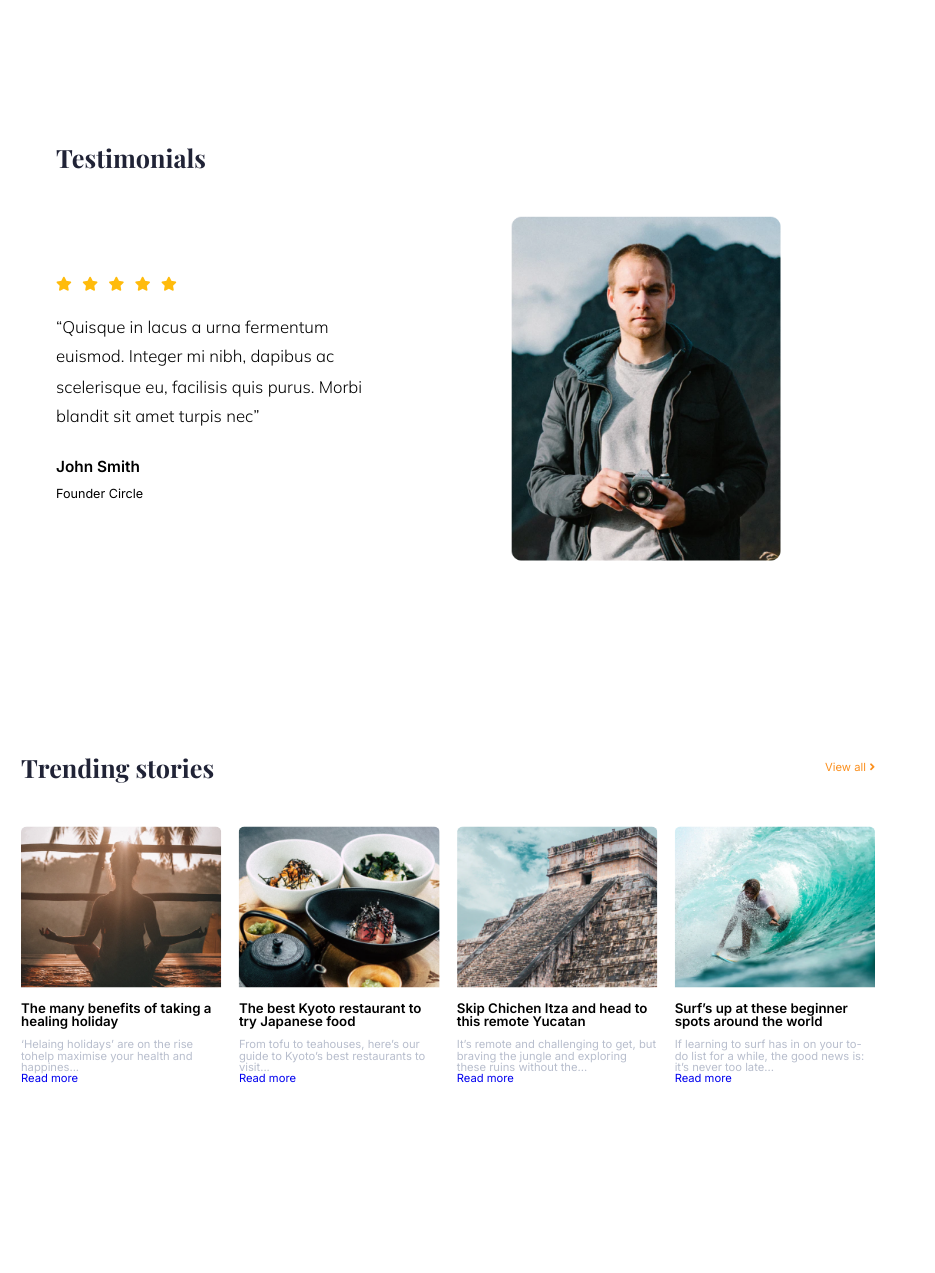
Repository: long5122000/sunny
Page: index.html
These files come from the project's save history. The page is drawn as it stood at one moment and after the next save; the edit follows.
The browser window is 1280 px wide. The page is 1335 px wide, so the pictures cover 1335 px, including what lies to the right of the window. The pictures show the part of the page from y = 3184 to 5024 px (the page is 5002 px tall before and 5024 px after), at 70% of full size.
The style sheet was rebuilt from its Sass, Less or Tailwind sources for each picture, by a compiler version that may differ from the author's.

Above is the page before, as saved 2021-11-25 13:58:03.

### index.html
<!DOCTYPE html>
<html lang="en">
  <head>
    <meta charset="UTF-8" />
    <meta http-equiv="X-UA-Compatible" content="IE=edge" />
    <meta name="viewport" content="width=device-width, initial-scale=1.0" />
    <title>Thousand Sunny</title>
    <link rel="preconnect" href="https://fonts.googleapis.com" />
    <link rel="preconnect" href="https://fonts.gstatic.com" crossorigin />
    <link
      href="https://fonts.googleapis.com/css2?family=Inter:wght@400;500;600&family=Mulish:wght@300&family=Playfair+Display:wght@700&display=swap"
      rel="stylesheet"
    />
    <link
      rel="stylesheet"
      href="https://use.fontawesome.com/releases/v5.15.4/css/all.css"
      integrity="sha384-DyZ88mC6Up2uqS4h/KRgHuoeGwBcD4Ng9SiP4dIRy0EXTlnuz47vAwmeGwVChigm"
      crossorigin="anonymous"
    />
    <link rel="stylesheet" href="./css/app.css" />
  </head>
  <body>
    <div class="wrapper">
      <header class="header">
        <div class="container">
          <div class="header-main">
            <img srcset="./images/logo.png 2x" alt="" />
            <ul class="menu">
              <li class="menu-item">
                <a href="#" class="menu-link">Home</a>
              </li>
              <li class="menu-item">
                <a href="#" class="menu-link">Destinations</a>
              </li>
              <li class="menu-item">
                <a href="#" class="menu-link">About</a>
              </li>
              <li class="menu-item">
                <a href="#" class="menu-link">Partner</a>
              </li>
              <li class="menu-item">
                <a href="#" class="btn btn--secondary">Login</a>
              </li>
              <li class="menu-item">
                <a href="#" class="btn btn--primary">Register</a>
              </li>
            </ul>
          </div>
        </div>
      </header>
      <main>
        <section class="hero">
          <div class="container">
            <div class="hero-main">
              <div class="hero-content">
                <h1 class="heading hero-heading">Explore and Travel</h1>
                <div class="hero-caption">Holiday finder</div>
                <div class="hero-form">
                  <div class="dropdown">
                    <div class="dropdown-select">
                      <span class="dropdown-value">Location</span>
                      <i class="fas fa-angle-down"></i>
                    </div>
                    <div class="dropdown-list">
                      <div class="dropdown-item">title</div>
                      <div class="dropdown-item">title</div>
                      <div class="dropdown-item">title</div>
                    </div>
                  </div>
                  <div class="dropdown">
                    <div class="dropdown-select">
                      <span class="dropdown-value">Activity</span>
                      <i class="fas fa-angle-down"></i>
                    </div>
                    <div class="dropdown-list">
                      <div class="dropdown-item">title</div>
                      <div class="dropdown-item">title</div>
                      <div class="dropdown-item">title</div>
                    </div>
                  </div>
                  <div class="dropdown">
                    <div class="dropdown-select">
                      <span class="dropdown-value">Grade</span>
                      <i class="fas fa-angle-down"></i>
                    </div>
                    <div class="dropdown-list">
                      <div class="dropdown-item">title</div>
                      <div class="dropdown-item">title</div>
                      <div class="dropdown-item">title</div>
                    </div>
                  </div>
                  <div class="dropdown">
                    <div class="dropdown-select">
                      <span class="dropdown-value">Date</span>
                      <i class="fas fa-angle-down"></i>
                    </div>
                    <div class="dropdown-list">
                      <div class="dropdown-item">title</div>
                      <div class="dropdown-item">title</div>
                      <div class="dropdown-item">title</div>
                    </div>
                  </div>
                </div>
                <a href="#!" class="btn btn--primary">Explore</a>
              </div>
              <div class="hero-image">
                <img srcset="./images/img1.png 2x" alt="" />
              </div>
            </div>
          </div>
        </section>
        <section class="explore">
          <div class="container">
            <div class="explore-main">
              <div class="explore-image">
                <img srcset="./images/img2.png 2x" alt="" />
              </div>
              <div class="explore-content">
                <h2 class="heading explore-heading heading--small">
                  A new way to explore the world
                </h2>
                <p class="text explore-desc">
                  For decades travellers have reached for Lonely Planet books
                  when looking to plan and execute their perfect trip, but now,
                  they can also let Lonely Planet Experiences lead the way
                </p>
                <div class="btn btn--primary" href="!#">Learn More</div>
              </div>
            </div>
          </div>
        </section>
        <section class="destination">
          <div class="container">
            <div class="destination-header">
              <h2 class="heading heading--small">Featured destinations</h2>
              <a href="#!" class="viewall">
                <span>View all</span>
                <i class="fas fa-angle-right"></i>
              </a>
            </div>
            <div class="destination-list">
              <div class="destination-item">
                <div class="destination-image">
                  <img srcset="./images/destination1.png 2x" alt="" />
                </div>
                <div class="destination-content">
                  <h3 class="destination-name">Raja Ampat</h3>
                  <span class="destination-country">Indonesia</span>
                </div>
              </div>
              <div class="destination-item">
                <div class="destination-image">
                  <img srcset="./images/destination2.png 2x" alt="" />
                </div>
                <div class="destination-content">
                  <h3 class="destination-name">Fanjingshan</h3>
                  <span class="destination-country">China</span>
                </div>
              </div>
              <div class="destination-item">
                <div class="destination-image">
                  <img srcset="./images/destination3.png 2x" alt="" />
                </div>
                <div class="destination-content">
                  <h3 class="destination-name">Vevey</h3>
                  <span class="destination-country">Switzerland</span>
                </div>
              </div>
              <div class="destination-item">
                <div class="destination-image">
                  <img srcset="./images/destination4.png 2x" alt="" />
                </div>
                <div class="destination-content">
                  <h3 class="destination-name">Skadar</h3>
                  <span class="destination-country">Montenegro</span>
                </div>
              </div>
            </div>
          </div>
        </section>
        <section class="guides">
          <div class="container">
            <div class="guides-main">
              <div class="guides-content">
                <h2 class="heading guides-heading heading--small">
                  Guides by Thousand Sunny
                </h2>
                <div class="text guides-desc">
                  Packed with tips and advice from our on-the-ground experts,
                  our city guides app (iOS and Android) is the ultimate resource
                  before and during a trip.
                </div>
                <a href="#!" class="btn btn--primary">Download</a>
              </div>
              <div class="guides-image">
                <img srcset="./images/img3.png 2x" alt="" />
              </div>
            </div>
          </div>
        </section>
        <section class="testimonial">
          <div class="container">
            <div class="testimonial-main">
              <h2 class="heading heading--small testimonial-heading">
                Testimonials
              </h2>
              <div class="testimonial-container">
                <div class="testimonial-content">
                  <div class="testimonial-rating">
                    <i class="fa fa-star"></i>
                    <i class="fa fa-star"></i>
                    <i class="fa fa-star"></i>
                    <i class="fa fa-star"></i>
                    <i class="fa fa-star"></i>
                  </div>
                  <div class="testimonial-desc text">
                    “Quisque in lacus a urna fermentum euismod. Integer mi nibh,
                    dapibus ac scelerisque eu, facilisis quis purus. Morbi
                    blandit sit amet turpis nec”
                  </div>
                  <div class="testimonial-author">
                    <h3 class="testimonial-name">John Smith</h3>
                    <span class="testimonial-job">Founder Circle</span>
                  </div>
                </div>
                <div class="testimonial-image">
                  <img srcset="./images/testimonial.png 2x" alt="" />
                </div>
              </div>
            </div>
          </div>
        </section>
        <section class="story">
          <div class="container">
            <div class="story-header">
              <h2 class="heading heading--small story-heading">
                Trending stories
              </h2>
              <a href="#!" class="viewall">
                <span>View all</span>
                <i class="fas fa-angle-right"></i>
              </a>
            </div>
            <div class="story-list">
              <div class="story-item">
                <div class="story-image">
                  <img srcset="./images/story1.png 2x" alt="" />
                </div>
                <div class="story-content">
                  <h3 class="story-title">
                    The many benefits of taking a healing holiday
                  </h3>
                  <p class="story-desc">
                    ‘Helaing holidays’ are on the rise tohelp maximise your
                    health and happines...
                  </p>
                  <a href="#!" class="story-more">Read more</a>
                </div>
              </div>
              <div class="story-item">
                <div class="story-image">
                  <img srcset="./images/story2.png 2x" alt="" />
                </div>
                <div class="story-content">
                  <h3 class="story-title">
                    The best Kyoto restaurant to try Japanese food
                  </h3>
                  <p class="story-desc">
                    From tofu to teahouses, here’s our guide to Kyoto’s best
                    restaurants to visit...
                  </p>
                  <a href="#!" class="story-more">Read more</a>
                </div>
              </div>
              <div class="story-item">
                <div class="story-image">
                  <img srcset="./images/story3.png 2x" alt="" />
                </div>
                <div class="story-content">
                  <h3 class="story-title">
                    Skip Chichen Itza and head to this remote Yucatan
                  </h3>
                  <p class="story-desc">
                    It’s remote and challenging to get, but braving the jungle
                    and exploring these ruins without the...
                  </p>
                  <a href="#!" class="story-more">Read more</a>
                </div>
              </div>
              <div class="story-item">
                <div class="story-image">
                  <img srcset="./images/story4.png 2x" alt="" />
                </div>
                <div class="story-content">
                  <h3 class="story-title">
                    Surf’s up at these beginner spots around the world
                  </h3>
                  <p class="story-desc">
                    If learning to surf has in on your to- do list for a while,
                    the good news is: it’s never too late...
                  </p>
                  <a href="#!" class="story-more">Read more</a>
                </div>
              </div>
            </div>
          </div>
        </section>
      </main>
    </div>
    <script src="scripts/app.js"></script>
  </body>
</html>

### sass/app.scss
@import "reset";
@import "variables";
@import "global";
@import "typography";
@import "header";
@import "menu";
@import "hero";
@import "explore";
@import "destination";
@import "guides";
@import "testimonial";
@import "story";
@import "footer";

### sass/_variables.scss
$primary-font: "Inter", sans-serif;
$secondary-font: "Playfair Display", serif;
$third-font: "Mulish", sans-serif;
$gray: #b8becd;
$gray-dark: #afb0b9;
$gray-darker: #7d7987;
$gray-darkest: #202336;
$primary-color: #fb8f1d;
$gray-blur: #80918e;

### sass/_global.scss
.wrapper {
  max-width: 1600px;
  margin: 0 auto;
}
.container {
  max-width: 1260px;
  margin: 0 auto;
  padding: 0 20px;
}
ul {
  list-style: none;
}
.btn {
  display: inline-flex;
  justify-content: center;
  align-items: center;
  cursor: pointer;
  font-size: 15px;
  font-weight: 500;
  font-family: $primary-font;
  line-height: 1;
  height: 52px;
  padding: 0 60px;
  border-radius: 8px;
  background-color: transparent;
  border: 0;
  outline: none;
  &--primary {
    color: white;
    background-color: $primary-color;
  }
  &--secondary {
    color: $primary-color;
    border: 1px solid currentColor;
  }
}
.dropdown {
  &-list {
    display: none;
  }
  &-select {
    display: flex;
    justify-content: space-between;
    align-items: center;
    padding: 20px 30px;
    border-radius: 6px;
    border: 1px solid $gray-dark;
    color: $gray-darkest;
    cursor: pointer;
  }
}
.viewall {
  color: $primary-color;
  display: flex;
  align-items: center;
  gap: 0 5px;
}

### sass/_typography.scss
body {
  font-family: $primary-font;
  font-size: 16px;
  line-height: 1;
  color: $gray;
}
.heading {
  font-family: $secondary-font;
  color: $gray-darkest;
  &--small {
    line-height: 139%;
    font-size: 36px;
  }
}
.text {
  font-weight: 300;
  line-height: 176%;
  font-size: 17px;
  color: $gray-darker;
  font-family: $third-font;
}

### sass/_header.scss
.header {
  padding-top: 45px;
  padding-bottom: 70px;
  &-main {
    display: flex;
    justify-content: space-between;
    align-items: center;
  }
}

### sass/_menu.scss
.menu {
  display: flex;
  align-items: center;
  gap: 0 35px;
  &-link {
    color: inherit;
  }
}

### sass/_hero.scss
.hero {
  margin-bottom: 270px;
  &-main {
    display: flex;
    justify-content: space-between;
    align-items: center;
  }
  &-heading {
    font-size: 64px;
    line-height: 125%;
    margin-bottom: 74px;
  }
  &-caption {
    font-size: 22px;
    font-weight: 600;
    margin-bottom: 48px;
    padding-bottom: 20px;
    display: inline-block;
    position: relative;
    color: $gray-darkest;
    &:before {
      content: "";
      position: absolute;
      bottom: 0;
      left: 0;
      width: 32px;
      height: 2px;
      background-color: $gray-darkest;
    }
  }
  &-content {
    width: 100%;
    max-width: 470px;
  }
  &-image {
    transform: translateX(85px);
  }
  &-form {
    margin-bottom: 50px;
    display: grid;
    grid-template-columns: 1fr 1fr;
    grid-gap: 30px;
  }
}

### sass/_explore.scss
.explore {
  margin-bottom: 292px;
  &-main {
    display: flex;
    justify-content: space-between;
    align-items: center;
    gap: 0 50px;
  }
  &-content {
    max-width: 508px;
    padding-right: 58px;
  }
  &-image {
    transform: translateX(-50px);
  }
  &-heading {
    margin-bottom: 20px;
  }
  &-desc {
    margin-bottom: 33px;
  }
}

### sass/_destination.scss
.destination {
  margin-bottom: 232px;

  &-header {
    display: flex;
    justify-content: space-between;
    align-items: center;
    margin-bottom: 56px;
    padding-left: 50px;
    padding-right: 50px;
  }
  &-list {
    padding-left: 50px;
    padding-right: 50px;
    display: grid;
    grid-template-columns: repeat(4, 1fr);
    grid-gap: 25px;
  }

  &-item {
    height: 337px;
    position: relative;
  }
  &-image {
    width: 100%;
    height: 100%;
  }
  &-image img {
    border-radius: 8px;
    height: 100%;
    width: 100%;
    object-fit: cover;
  }
  &-content {
    position: absolute;
    bottom: 0;
    left: 0;
    z-index: 2;
    background: #ffffff;
    border-radius: 0px 6px 0px 0px;
    padding: 11px 32px 11px 0;
  }
  &-name {
    font-size: 17px;
    font-weight: 600;
    color: $gray-darkest;
    margin-bottom: 10px;
  }
  &-country {
    font-weight: 500;
    font-size: 15px;
    color: $gray-blur;
  }
}

### sass/_guides.scss
.guides {
  margin-bottom: 250px;
  &-main {
    display: flex;
    justify-content: space-between;
    align-items: center;
    gap: 0 80px;
  }
  &-content {
    max-width: 450px;
    width: 100%;
    transform: translateX(50px);
  }
  &-image {
    padding-right: 40px;
  }
  &-heading {
    margin-bottom: 20px;
  }
  &-desc {
    margin-bottom: 33px;
  }
}

### sass/_testimonial.scss
.testimonial {
  margin-bottom: 270px;
  &-heading {
    margin-bottom: 60px;
  }
  &-main {
    max-width: 1085px;
    padding-left: 50px;
    position: relative;
  }
  &-container {
    display: flex;
    justify-content: space-between;
    align-items: center;
  }
  &-content {
    max-width: 450px;
  }
  &-rating {
    font-size: 20px;
    display: flex;
    align-items: center;
    gap: 15px;
    margin-bottom: 30px;
    color: #ffbb0c;
  }
  &-desc {
    color: #000;
    margin-bottom: 40px;
    font-size: 24px;
    font-weight: 400;
  }
  &-name {
    font-size: 22px;
    font-weight: bold;
    color: #000;
    margin-bottom: 20px;
  }
  &-job {
    font-size: 18px;
    color: #000;
  }
}

### sass/_story.scss
.story {
  margin-bottom: 270px;
  &-header {
    display: flex;
    justify-content: space-between;
    align-items: center;
    margin-bottom: 60px;
  }
  &-list {
    display: grid;
    grid-template-columns: repeat(4, 1fr);
    grid-gap: 25px;
  }
  &-image {
    height: 230px;
    margin-bottom: 20px;
    img {
      width: 100%;
      height: 100%;
      object-fit: cover;
      border-radius: 8px 8px 0 0;
      object-position: top;
    }
  }
  &-title {
    font-size: 19px;
    color: #000;
    margin-bottom: 15px;
  }
}

Loaded but not shown: sass/_reset.scss (common file); scripts/app.js (no stored copy; drawn as an empty file); sass/_footer.scss (no stored copy; drawn as an empty file)

After the next save:
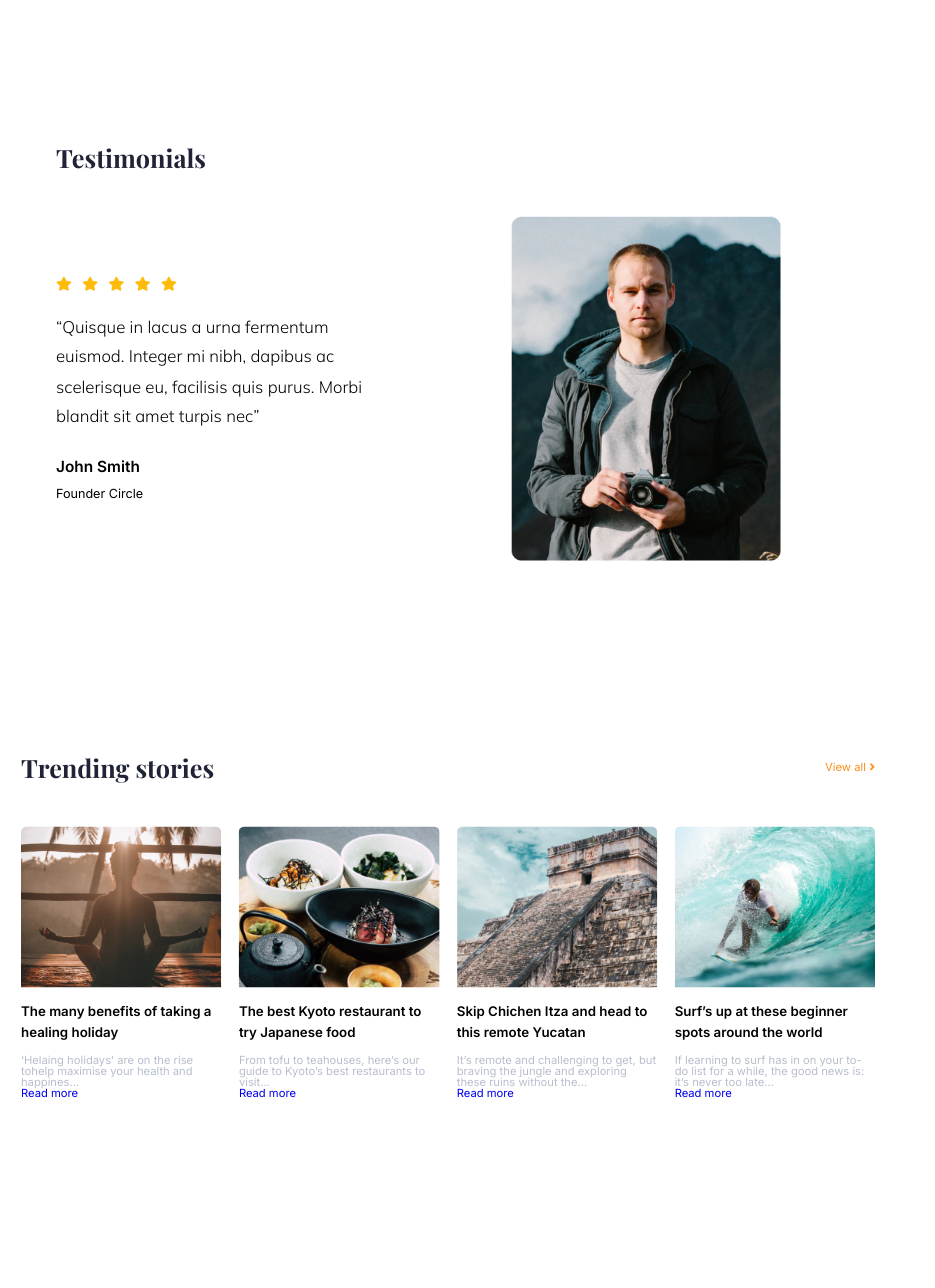
Saved 38 s later.
--- a/sass/_story.scss
+++ b/sass/_story.scss
@@ -26,5 +26,6 @@
     font-size: 19px;
     color: #000;
     margin-bottom: 15px;
+    line-height: 158%;
   }
 }
